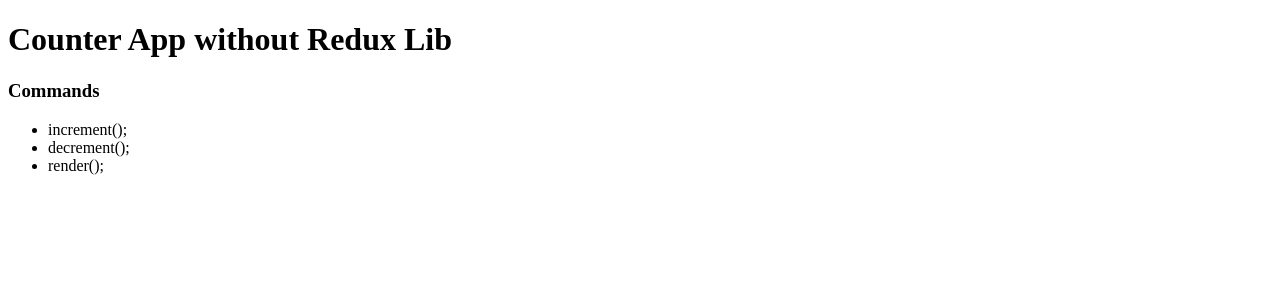
Repository: Kischa-hub/implement-Redux-from-scratch
Page: todo.html
An editor plug-in stored every save of this project. The page is shown before and after the next save, followed by the edit.
The browser window is 1280 px wide. The pictures show the whole page.

Above is the page before, as saved 2021-02-02 17:21:50.

After the next save:
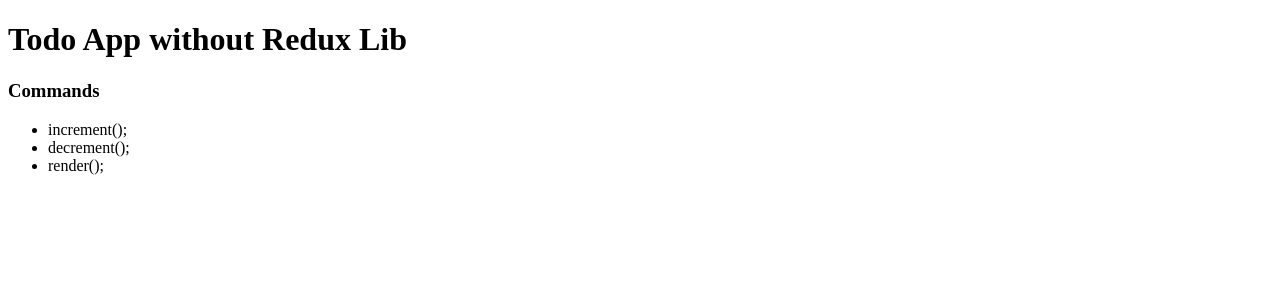
Saved 20 s later.
--- a/todo.html
+++ b/todo.html
@@ -7,7 +7,7 @@
   </head>
   <body>
     <script src="todoapp.js"></script>
-    <h1>Counter App without Redux Lib</h1>
+    <h1>Todo App without Redux Lib</h1>
     <h3>Commands</h3>
     <ul>
       <li>increment();</li>
